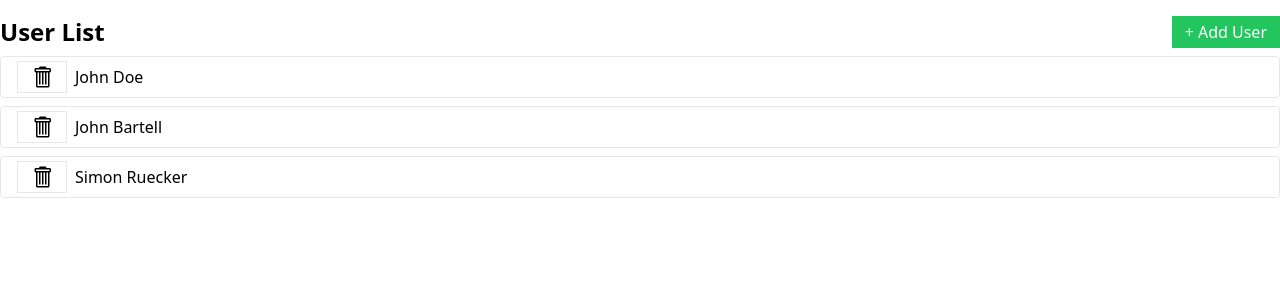
Repository: Marhamat92/users-app-redux-thunk-and-query
Page: /
These files come from the project's save history. The page is drawn as it stood at one moment and after a run of saves; the edit follows.
The browser window is 1280 px wide. The pictures show the whole page.
The project was rebuilt for these pictures with package versions that can differ from the ones it lists, and the page was loaded fresh each time. Requests to the local data server were answered from the project's data file.

Above is the page before, as saved 2023-01-31 23:23:57.

After the next 4 saves:
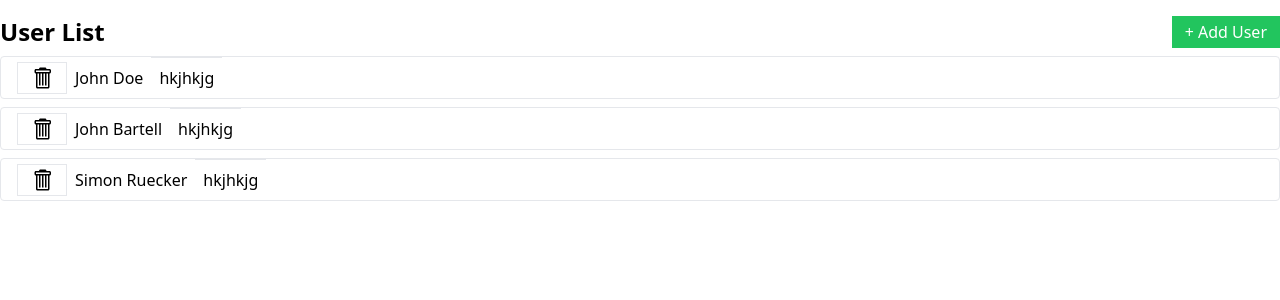
The 4 saves are shown as one change because 3 did not build or start.
The last was saved 5 min 29 s later.
--- a/src/components/UsersListItem.js
+++ b/src/components/UsersListItem.js
@@ -3,6 +3,7 @@ import { GoTrashcan } from 'react-icons/go';
 import { removeUser } from '../store';
 import Button from './Button';
 import { useThunk } from '../hooks/use-thunk';
+import ExpandablePanel from './ExpandablePanel';
 
 
 function UsersListItem({ user }) {
@@ -12,14 +13,16 @@ function UsersListItem({ user }) {
     doRemoveUser(user)
   }
 
+  const header = <>
+    <Button onClick={handleRemoveUser} loading={isLoading} >
+      <GoTrashcan className='text-2xl hover:text-red-500 cursor-pointer ' />
+    </Button>
+    <div className='flex p-2 justify-between items-center cursor-pointer' >{user.name}</div>
+  </>
 
-  return (
-    <div className='mb-2 mt-2 border rounded flex items-center pl-4'>
-      <Button onClick={handleRemoveUser} loading={isLoading} >
-        <GoTrashcan className='text-2xl hover:text-red-500 cursor-pointer ' />
-      </Button>
-      <div className='flex p-2 justify-between items-center cursor-pointer' >{user.name}</div>
-    </div>
+  return (<ExpandablePanel header={header} >
+    hkjhkjg
+  </ExpandablePanel>
   )
 }
 
